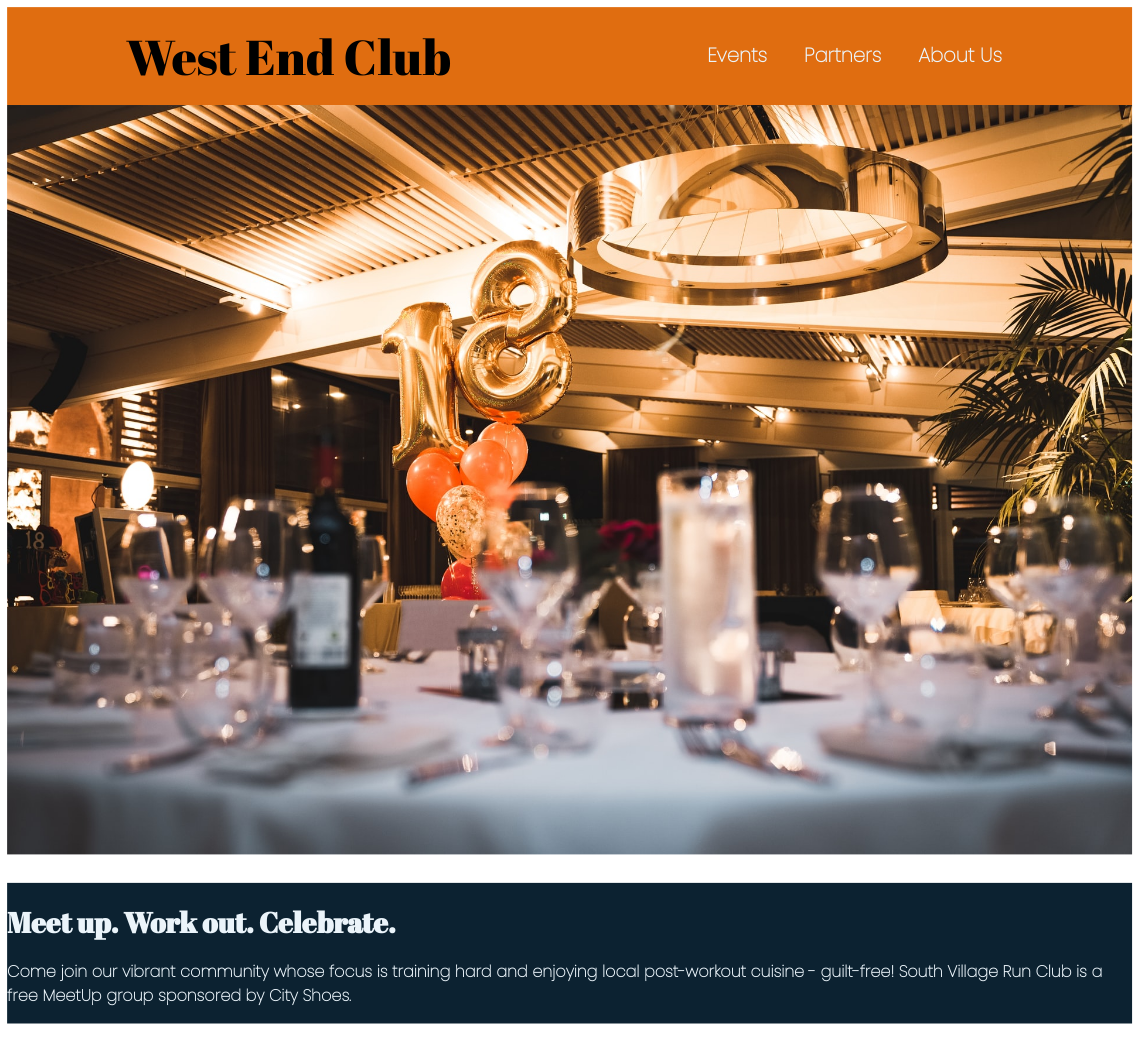
Repository: lastbronx41/lastbronx41.github.io
Page: starting/index.html
The author's editor kept a copy of each file at every save. The page is drawn from the files as they stood at one save, then again after a run of saves.
The browser window is 1280 px wide. The pictures show the whole page, at 89% of full size.
Some web fonts or font styles are not loaded; a fallback is used.

Above is the page before, as saved 2022-07-19 04:38:00.

### starting/index.html
<!DOCTYPE html>

<html>
   <head>
      <meta charset="utf-8">
      <title>Our Club</title>
      <link rel="stylesheet" href="./styles.css" type="text/css">
      <link rel="preconnect" href="https://fonts.googleapis.com">
      <link rel="preconnect" href="https://fonts.gstatic.com" crossorigin>
      <link href="https://fonts.googleapis.com/css2?family=Abril+Fatface&family=Slabo+13px&family=Space+Mono&display=swap" rel="stylesheet">
      <link rel="preconnect" href="https://fonts.googleapis.com">
      <link rel="preconnect" href="https://fonts.gstatic.com" crossorigin>
      <link href="https://fonts.googleapis.com/css2?family=Abril+Fatface&family=Poppins:wght@100&family=Slabo+13px&family=Space+Mono&display=swap" rel="stylesheet">
   </head>

   <body>

      <div class="header">
         <div id="title">West End Club</div>
         <div>
            <ul class="links">
               <a href>
                  <li class="nav">Events</li>
               </a>
               <a href>
                  <li class="nav">Partners</li>
               </a>
               <a href>
                  <li class="nav">About Us</li>
               </a>
            </ul>
         </div>
      </div>

      <div id="cover-photo">
         <img src="./resources/cover-photo.jpg"/>
         <div class="main-text">
            <h1>Meet up. Work out. Celebrate.</h1>
               <p>Come join our vibrant community whose focus is training hard and enjoying local post-workout cuisine - guilt-free! South Village Run Club is a free MeetUp group sponsored by City Shoes.
               </p>

         </div>
      </div>



   </body>
</html>

### starting/styles.css
.header {
   display: flex;
   justify-content: space-around;
   background-color: #E06D10;
   align-items: center;
   padding: 1rem
}

#title {
   font-size: 55px;
   font-family: 'Abril Fatface', cursive;
}

.links, .links a {
   display: inline-flex;
   flex-wrap: wrap;
   justify-content: flex-end;
   list-style-type: none;
   gap: 1rem;
   text-decoration-line: none;
}

.nav {
   font-size: 22px;
   font-family: 'Poppins', sans-serif;
   font-weight: bolder;
   border-radius: 34%;
   padding: 0.4rem 0.8rem;
   color: #EBF4FA;
}

.nav:hover {
   color: #E06D10;
   background-color: black;
}

#cover-photo {
   display: flex;
   flex-direction: column;
}

#cover-photo img {
   max-width: 100%;
   background-color: #E06D10;
}
.main-text {
   background-color: #0C2231;
   color: #EBF4FA;
   margin: 2rem auto;
}

.main-text h1 {
   font-family: 'Abril Fatface', cursive;
}

.main-text p {
   font-family: 'Poppins', sans-serif;
   font-size: 18px;
   font-weight: bolder;
}

After the next 3 saves:
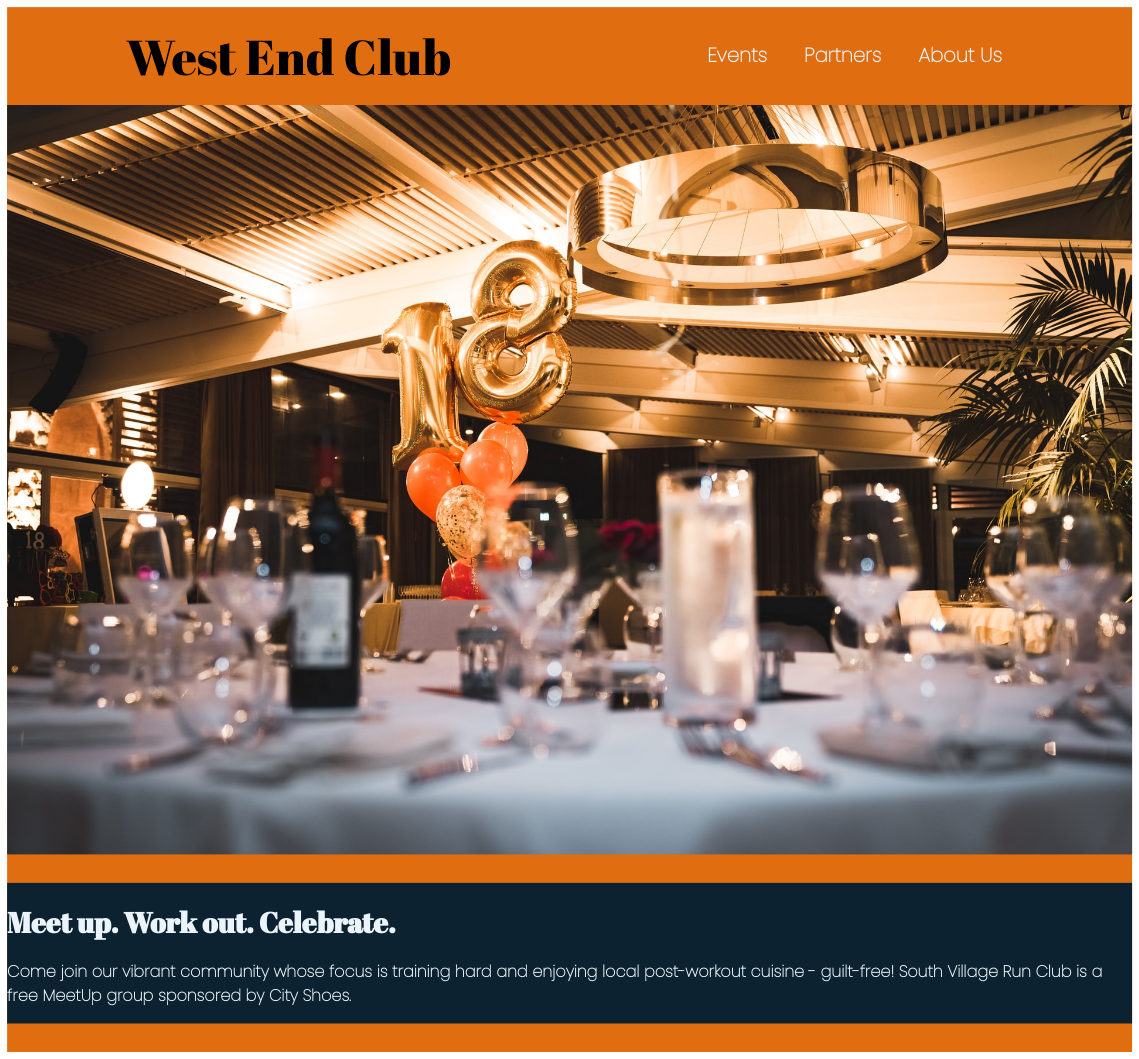
The 3 saves are shown as one change because they came seconds apart.
The last was saved 32 s later.
--- a/starting/styles.css
+++ b/starting/styles.css
@@ -37,11 +37,11 @@
 #cover-photo {
    display: flex;
    flex-direction: column;
+   background-color: #E06D10;
 }
 
 #cover-photo img {
    max-width: 100%;
-   background-color: #E06D10;
 }
 .main-text {
    background-color: #0C2231;
